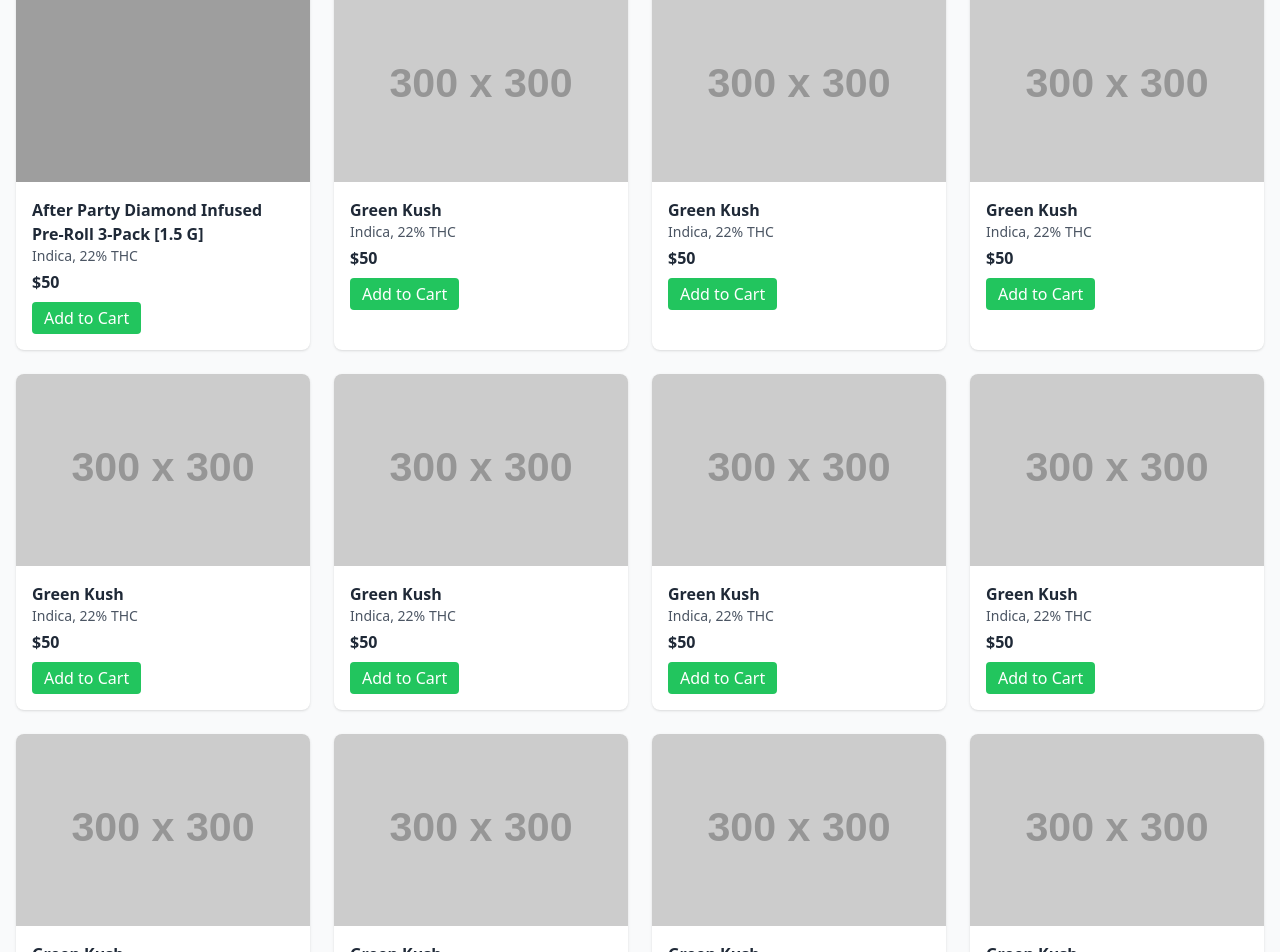
Repository: faryalsaleem50/greencare-cannabis
Page: pre-rolls.html
These files come from the project's save history. The page is drawn as it stood at one moment and after the next save; the edit follows.
The browser window is 1280 px wide. The pictures show the part of the page from y = 594 to 1546 px (the page is 2360 px tall before and 2440 px after).
Pictures or frames that could not be fetched are drawn as grey boxes. A picture or video elsewhere on the page could not be fetched, so the positions and the page height are approximate. Some web libraries are served in a nearby version.

Above is the page before, as saved 2026-02-11 14:12:14.

After the next save:
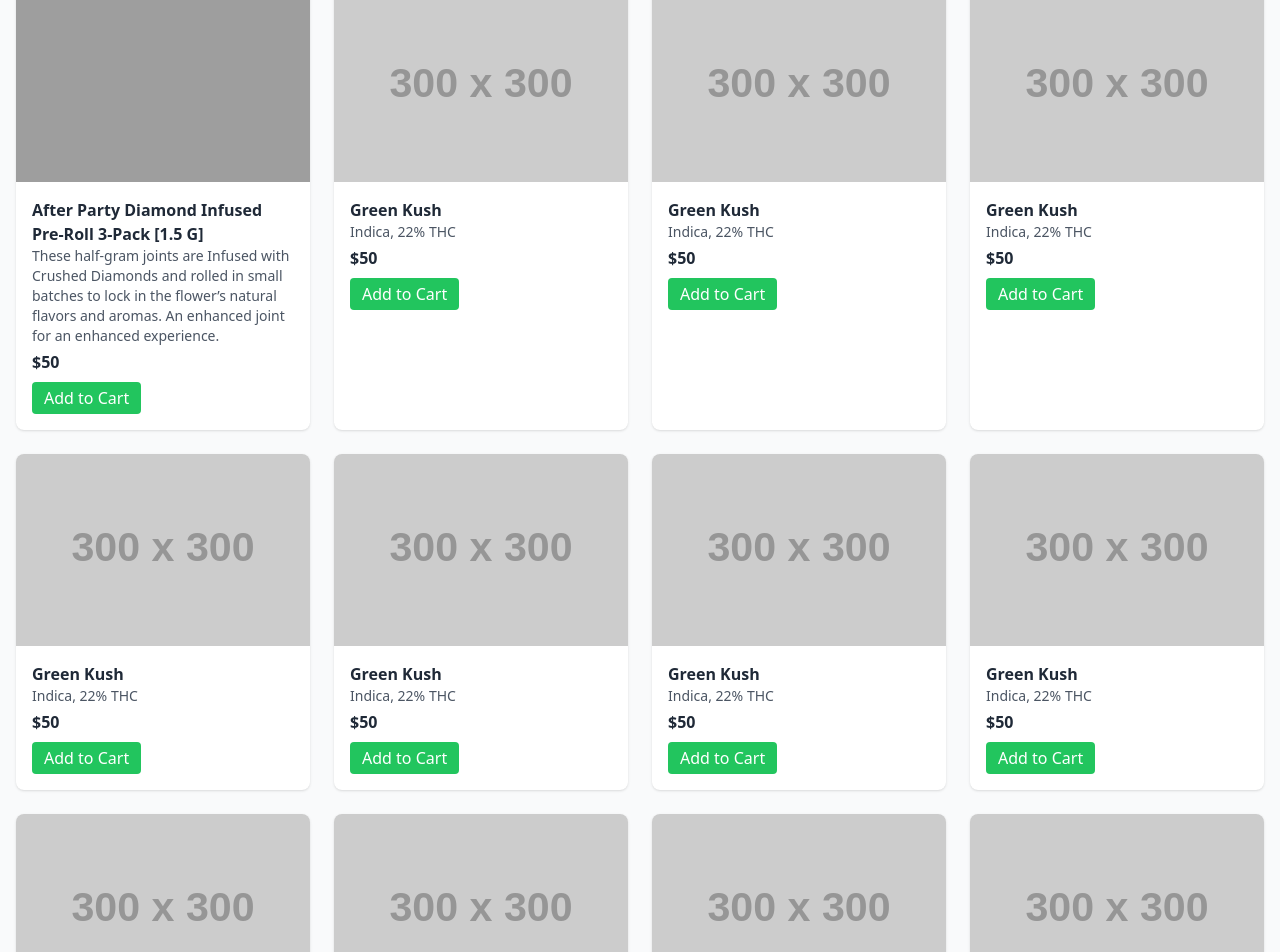
Saved 20 s later.
--- a/pre-rolls.html
+++ b/pre-rolls.html
@@ -155,7 +155,7 @@
         <img src="https://www.greencarecannabisdispensary.com/wp-content/uploads/2024/07/Raw_Garden_Infused_Preroll_Pack.jpg" alt="Product" class="w-full h-48 object-cover" />
         <div class="p-4">
           <h3 class="font-semibold">After Party Diamond Infused Pre-Roll 3-Pack [1.5 G]</h3>
-          <p class="text-sm text-gray-600">Indica, 22% THC</p>
+          <p class="text-sm text-gray-600">These half-gram joints are Infused with Crushed Diamonds and rolled in small batches to lock in the flower’s natural flavors and aromas. An enhanced joint for an enhanced experience.</p>
           <p class="font-bold mt-1">$50</p>
           <button class="mt-2 bg-primary text-white px-3 py-1 rounded hover:bg-secondary transition add-to-cart">
             Add to Cart
